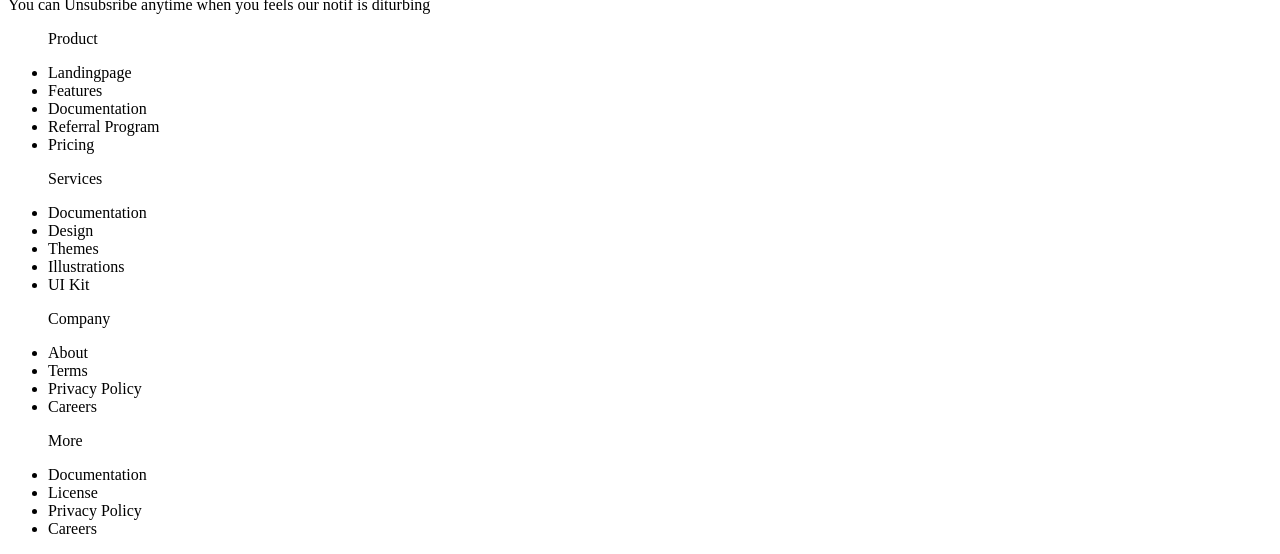
Repository: gustavoRichardt/prova-front
Page: index.html
The author's editor kept a copy of each file at every save. The page is drawn from the files as they stood at one save, then again after a run of saves.
The browser window is 1280 px wide. The pictures show the part of the page from y = 4727 to 5281 px (the page is 5281 px tall before and 5263 px after).
A picture or video elsewhere on the page could not be fetched, so the positions and the page height are approximate.

Above is the page before, as saved 2026-08-31 18:00:20.

After the next 2 saves:
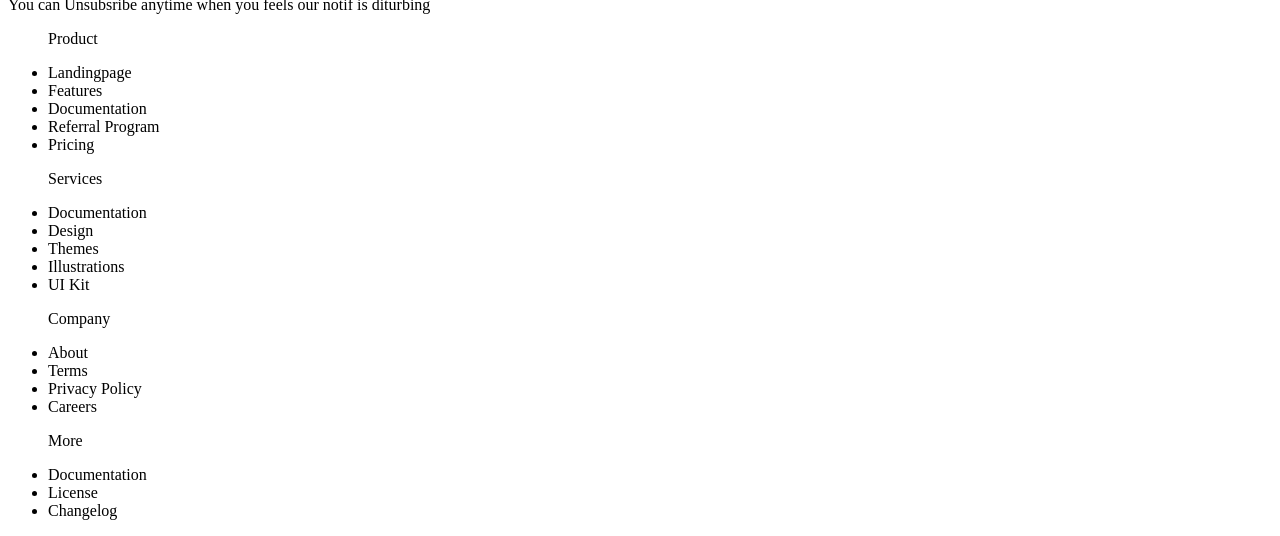
The 2 saves are shown as one change because they came seconds apart.
The last was saved 11 s later.
--- a/index.html
+++ b/index.html
@@ -233,8 +233,7 @@
             <p>More</p>
             <li><a>Documentation</a></li>
             <li><a>License</a></li>
-            <li><a>Privacy Policy</a></li>
-            <li><a>Careers</a></li>
+            <li><a>Changelog</a></li>
         </ul>
 
     </footer>
